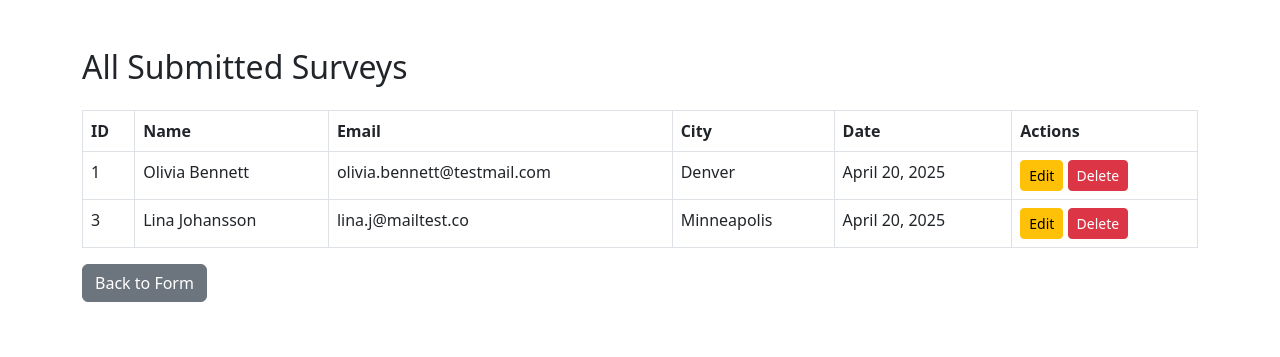
Repository: krisnguyenn2020/SWE645-Extra-Credit
Page: http://localhost/survey/list/
An editor plug-in stored every save of this project. The page is shown before and after the next save, followed by the edit.
The browser window is 1280 px wide. The pictures show the whole page.
The page is served by the project's application, run on Django 5.2 (manage.py). Other server files are loaded and not shown. The page reads the database file committed with the project.

Above is the page before, as saved 2025-04-20 22:57:15.

### survey_app/templates/survey_app/survey_list.html
<!DOCTYPE html>
<html lang="en">
<head>
    <meta charset="UTF-8">
    <title>All Surveys</title>
    <link href="https://cdn.jsdelivr.net/npm/bootstrap@5.3.0/dist/css/bootstrap.min.css" rel="stylesheet">
</head>
<body class="container mt-5">
    <h2 class="mb-4">All Submitted Surveys</h2>
    <table class="table table-bordered">
        <thead>
            <tr>
                <th>ID</th>
                <th>Name</th>
                <th>Email</th>
                <th>City</th>
                <th>Date</th>
                <th>Actions</th>
            </tr>
        </thead>
        <tbody>
            {% for s in surveys %}
            <tr>
                <td>{{ s.id }}</td>
                <td>{{ s.first_name }} {{ s.last_name }}</td>
                <td>{{ s.email }}</td>
                <td>{{ s.city }}</td>
                <td>{{ s.date_of_survey }}</td>
                <td>
                    <a href="{% url 'update_survey' s.id %}" class="btn btn-warning btn-sm">Edit</a>
                    <a href="{% url 'delete_survey' s.id %}" class="btn btn-sm btn-danger" onclick="return confirm('Are you sure?')">Delete</a>
                </td>
            </tr>
            {% endfor %}
        </tbody>
    </table>

    <a href="{% url 'submit_form' %}" class="btn btn-secondary">Back to Form</a>
</body>
</html>

### survey_app/models.py
from django.db import models

# Create your models here.
from django.db import models

class Survey(models.Model):
    first_name = models.CharField(max_length=50)
    last_name = models.CharField(max_length=50)
    email = models.EmailField()
    street_address = models.CharField(max_length=100, blank=True)
    city = models.CharField(max_length=50, blank=True)
    state = models.CharField(max_length=50, blank=True)
    zip = models.CharField(max_length=10, blank=True)
    telephone_number = models.CharField(max_length=15, blank=True)
    liked_most = models.CharField(max_length=100, blank=True)
    interest_source = models.CharField(max_length=100, blank=True)
    recommendation = models.CharField(max_length=100, blank=True)
    date_of_survey = models.DateField(auto_now_add=True)

    def __str__(self):
        return f"{self.first_name} {self.last_name}"

### survey_app/views.py
from django.contrib import messages
from django.shortcuts import redirect, render
from django.http import JsonResponse
from django.views.decorators.csrf import csrf_exempt
from .models import Survey
from django.forms.models import model_to_dict
from django.shortcuts import get_object_or_404
from .forms import SurveyForm


import json

@csrf_exempt
def save_survey(request):
    if request.method == 'POST':
        data = json.loads(request.body)
        survey = Survey.objects.create(**data)
        return JsonResponse({'message': 'Survey saved', 'id': survey.id})

@csrf_exempt
def get_all_surveys(request):
    if request.method == 'GET':
        surveys = list(Survey.objects.values())
        return JsonResponse(surveys, safe=False)

@csrf_exempt
def get_survey_by_id(request, id):
    try:
        survey = Survey.objects.get(id=id)
        return JsonResponse(model_to_dict(survey))
    except Survey.DoesNotExist:
        return JsonResponse({'error': 'Survey not found'}, status=404)

@csrf_exempt
def delete_survey_by_id(request, id):
    try:
        survey = Survey.objects.get(id=id)
        survey.delete()
        return JsonResponse({'message': 'Survey deleted'})
    except Survey.DoesNotExist:
        return JsonResponse({'error': 'Survey not found'}, status=404)

@csrf_exempt
def update_survey_by_id(request, id):
    if request.method == 'PUT':
        try:
            data = json.loads(request.body)
            survey = Survey.objects.get(id=id)

            for key, value in data.items():
                setattr(survey, key, value)

            survey.save()
            return JsonResponse({'message': 'Survey updated', 'survey': model_to_dict(survey)})

        except Survey.DoesNotExist:
            return JsonResponse({'error': 'Survey not found'}, status=404)
        except Exception as e:
            return JsonResponse({'error': str(e)}, status=400)

# Create your views here.from django.shortcuts import render, redirect
from .models import Survey

def submit_form(request):
    if request.method == 'POST':
        email = request.POST.get('email')
        if Survey.objects.filter(email=email).exists():
            messages.error(request, "Survey already submitted with this email.")
            return redirect('submit_form')  # Or wherever you want to redirect
        # Save the new survey
        Survey.objects.create(
            first_name=request.POST.get('first_name'),
            last_name=request.POST.get('last_name'),
            street_address=request.POST.get('street_address'),
            city=request.POST.get('city'),
            state=request.POST.get('state'),
            zip=request.POST.get('zip'),
            telephone_number=request.POST.get('telephone_number'),
            email=email,
        )
        messages.success(request, "Survey submitted successfully!")
        return redirect('survey_list')
    return render(request, 'survey_app/survey_form.html')


def update_survey_by_id(request, id):
    survey = get_object_or_404(Survey, id=id)
    if request.method == 'POST':
        form = SurveyForm(request.POST, instance=survey)
        if form.is_valid():
            form.save()
            return redirect('survey_list')
    else:
        form = SurveyForm(instance=survey)
    return render(request, 'survey_app/survey_form.html', {'form': form, 'update': True})

def delete_survey(request, id):
    survey = get_object_or_404(Survey, id=id)
    survey.delete()
    messages.success(request, "Survey deleted successfully.")
    return redirect('survey_list')


def survey_list(request):
    surveys = Survey.objects.all().order_by('-date_of_survey')
    return render(request, 'survey_app/survey_list.html', {'surveys': surveys})

### student_survey/urls.py
"""
URL configuration for student_survey project.

The `urlpatterns` list routes URLs to views. For more information please see:
    https://docs.djangoproject.com/en/5.2/topics/http/urls/
Examples:
Function views
    1. Add an import:  from my_app import views
    2. Add a URL to urlpatterns:  path('', views.home, name='home')
Class-based views
    1. Add an import:  from other_app.views import Home
    2. Add a URL to urlpatterns:  path('', Home.as_view(), name='home')
Including another URLconf
    1. Import the include() function: from django.urls import include, path
    2. Add a URL to urlpatterns:  path('blog/', include('blog.urls'))
"""
from django.contrib import admin
from django.urls import path, include


urlpatterns = [
    path('admin/', admin.site.urls),
    path('survey/', include('survey_app.urls')),  # ✅ this line is correct
]

### survey_app/urls.py
from django.urls import path
from . import views

urlpatterns = [
    path('form/', views.submit_form, name='submit_form'),
    path('list/', views.survey_list, name='survey_list'),

    path('save/', views.save_survey, name='save_survey'),
    path('all/', views.get_all_surveys, name='get_all_surveys'),
    path('<int:id>/', views.get_survey_by_id, name='get_survey_by_id'),
    path('<int:id>/delete/', views.delete_survey_by_id, name='delete_survey'),
    path('<int:id>/update/', views.update_survey_by_id, name='update_survey'),
]

### db.sqlite3 (the tables this page reads, as SQL)
CREATE TABLE "survey_app_survey" ("id" integer NOT NULL PRIMARY KEY AUTOINCREMENT, "first_name" varchar(50) NOT NULL, "last_name" varchar(50) NOT NULL, "email" varchar(254) NOT NULL, "street_address" varchar(100) NOT NULL, "city" varchar(50) NOT NULL, "state" varchar(50) NOT NULL, "zip" varchar(10) NOT NULL, "telephone_number" varchar(15) NOT NULL, "liked_most" varchar(100) NOT NULL, "interest_source" varchar(100) NOT NULL, "recommendation" varchar(100) NOT NULL, "date_of_survey" date NOT NULL);
INSERT INTO "survey_app_survey" VALUES
(1, 'Olivia', 'Bennett', 'olivia.bennett@testmail.com', '304 Pinecone Drive', 'Denver', 'CO', '80203', '303-555-1047', 'Atmosphere', 'Social Media', 'Noooo', '2025-04-20'),
(3, 'Lina', 'Johansson', 'lina.j@mailtest.co', '88 Northern Lights Dr', 'Minneapolis ', 'MN', '55401', '612-555-3033', '', '', '', '2025-04-20');

After the next save:
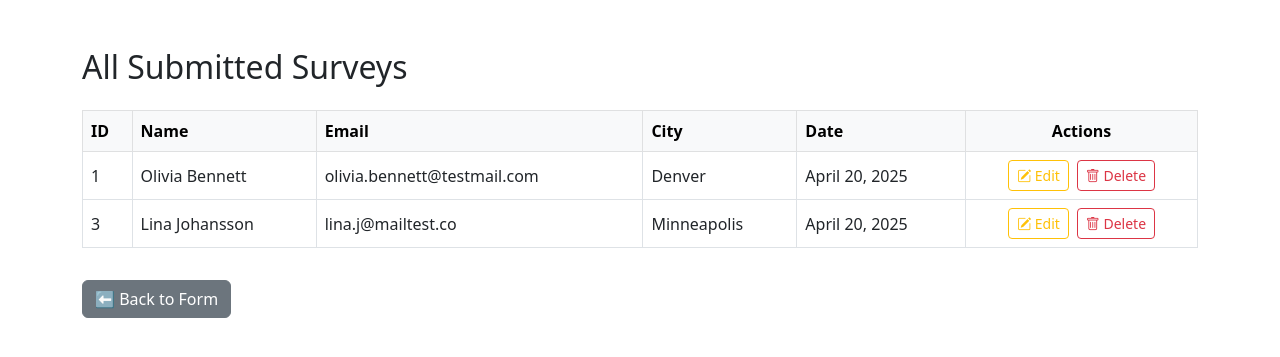
Saved 89 s later.
--- a/survey_app/templates/survey_app/survey_list.html
+++ b/survey_app/templates/survey_app/survey_list.html
@@ -4,18 +4,26 @@
     <meta charset="UTF-8">
     <title>All Surveys</title>
     <link href="https://cdn.jsdelivr.net/npm/bootstrap@5.3.0/dist/css/bootstrap.min.css" rel="stylesheet">
+    <link href="https://cdn.jsdelivr.net/npm/bootstrap-icons@1.10.5/font/bootstrap-icons.css" rel="stylesheet">
 </head>
 <body class="container mt-5">
     <h2 class="mb-4">All Submitted Surveys</h2>
-    <table class="table table-bordered">
-        <thead>
+
+    {% if messages %}
+        {% for message in messages %}
+            <div class="alert alert-{{ message.tags }}">{{ message }}</div>
+        {% endfor %}
+    {% endif %}
+
+    <table class="table table-bordered align-middle">
+        <thead class="table-light">
             <tr>
                 <th>ID</th>
                 <th>Name</th>
                 <th>Email</th>
                 <th>City</th>
                 <th>Date</th>
-                <th>Actions</th>
+                <th class="text-center">Actions</th>
             </tr>
         </thead>
         <tbody>
@@ -26,15 +34,21 @@
                 <td>{{ s.email }}</td>
                 <td>{{ s.city }}</td>
                 <td>{{ s.date_of_survey }}</td>
-                <td>
-                    <a href="{% url 'update_survey' s.id %}" class="btn btn-warning btn-sm">Edit</a>
-                    <a href="{% url 'delete_survey' s.id %}" class="btn btn-sm btn-danger" onclick="return confirm('Are you sure?')">Delete</a>
+                <td class="text-center">
+                    <div class="d-flex justify-content-center gap-2">
+                        <a href="{% url 'update_survey' s.id %}" class="btn btn-outline-warning btn-sm">
+                            <i class="bi bi-pencil-square"></i> Edit
+                        </a>
+                        <a href="{% url 'delete_survey' s.id %}" class="btn btn-outline-danger btn-sm" onclick="return confirm('Are you sure?')">
+                            <i class="bi bi-trash"></i> Delete
+                        </a>
+                    </div>
                 </td>
             </tr>
             {% endfor %}
         </tbody>
     </table>
 
-    <a href="{% url 'submit_form' %}" class="btn btn-secondary">Back to Form</a>
+    <a href="{% url 'submit_form' %}" class="btn btn-secondary mt-3">⬅️ Back to Form</a>
 </body>
 </html>
